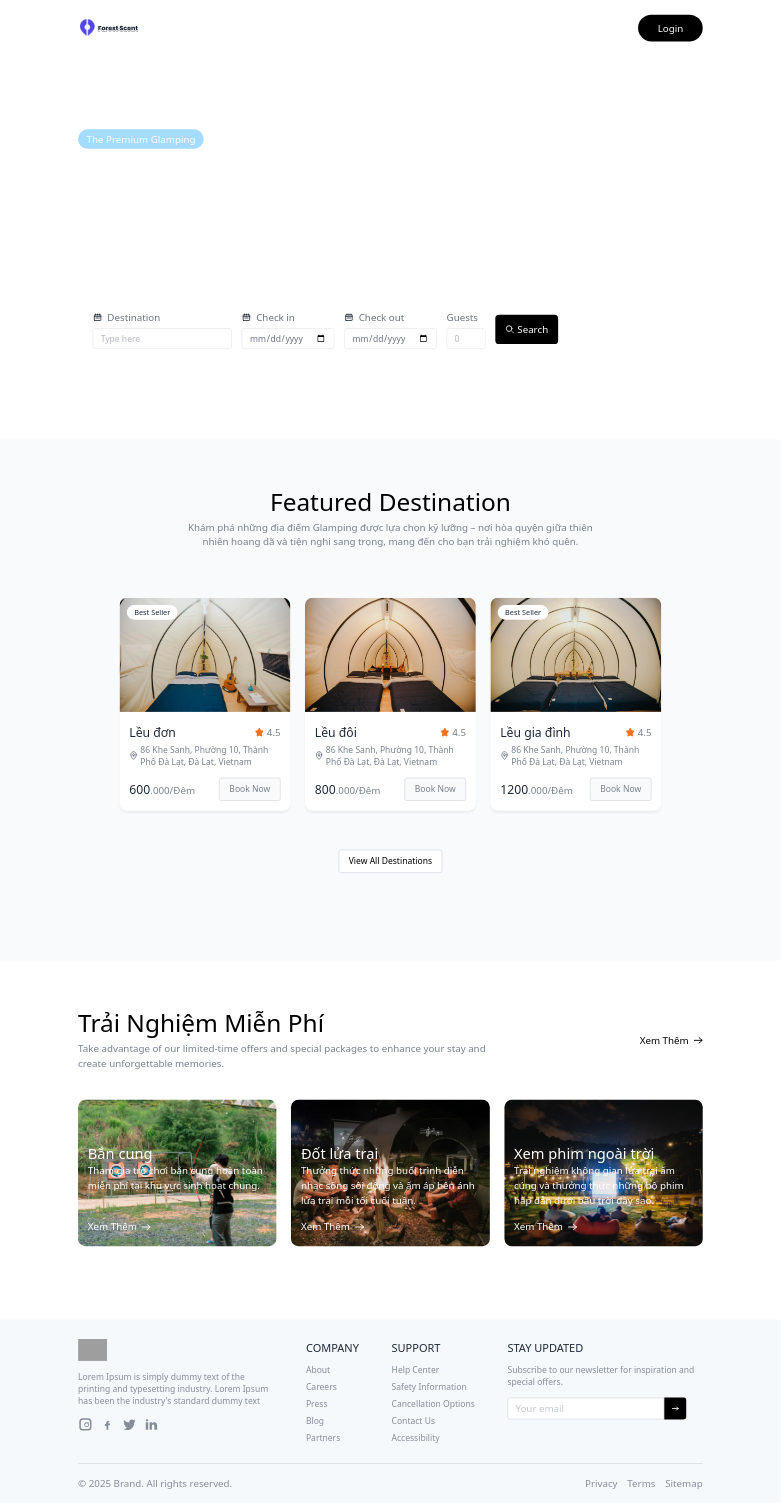
Repository: Ponn-Star/My-App
Page: / (app in FrontEnd/)
These files come from the project's save history. The page is drawn as it stood at one moment and after the next save; the edit follows.
The browser window is 1280 px wide. The pictures show the whole page, at 61% of full size.
Pictures or frames that could not be fetched are drawn as grey boxes. The page's requests for data from a server got no answer. The project was rebuilt for these pictures with package versions that can differ from the ones it lists, and the page was loaded fresh each time. Some packages were replaced by stand-ins written for this rebuild. No one was signed in, and anything a server would have sent is missing. Also part of the build but not shown: FrontEnd/vite.config.js, FrontEnd/src/assets/assets.js, FrontEnd/src/components/Admin/Navbar.jsx, FrontEnd/src/components/StarRating.jsx, FrontEnd/src/pages/AllRooms.jsx, FrontEnd/src/pages/RoomDetails.jsx, FrontEnd/src/pages/MyBookings.jsx, FrontEnd/src/components/Admin/Sidebar.jsx and 6 more.

Above is the page before, as saved 2025-06-06 00:06:38.

### FrontEnd/index.html
<!doctype html>
<html lang="en">
  <head>
    <meta charset="UTF-8" />
    <link rel="icon" type="image/svg+xml" href="/favicon.svg" />
    <meta name="viewport" content="width=device-width, initial-scale=1.0" />
    <title>Booking</title>
  </head>
  <body>
    <div id="root"></div>
    <script type="module" src="/src/main.jsx"></script>
  </body>
</html>

### FrontEnd/src/main.jsx
import { StrictMode } from 'react'
import { createRoot } from 'react-dom/client'
import './index.css'
import App from './App.jsx'
import { BrowserRouter } from 'react-router-dom'
import { ClerkProvider } from '@clerk/clerk-react'
import { AppProvider } from './conext/AppContext.jsx'

const PUBLISHABLE_KEY = import.meta.env.VITE_CLERK_PUBLISHABLE_KEY

if (!PUBLISHABLE_KEY) {
  throw new Error('Add your Clerk Publishable Key to the .env file')
}

createRoot(document.getElementById('root')).render(
  <ClerkProvider publishableKey={PUBLISHABLE_KEY} afterSignOutUrl="/">
    <BrowserRouter>
      <AppProvider>
        <App />
      </AppProvider>
    </BrowserRouter>
    </ClerkProvider>,
)

### FrontEnd/src/App.jsx
import React from 'react'
import Navbar from './components/Navbar'
import AdminNavbar from './components/Admin/Navbar'
import { Route, Routes, useLocation } from 'react-router-dom'
import Home from './pages/Home'
import AllRooms from './pages/AllRooms';
import RoomDetails from './pages/RoomDetails';
import Footer from './components/Footer';
import MyBookings from './pages/MyBookings';
import Layout from './pages/Admin/Layout';
import Dashboard from './pages/Admin/Dashboard';
import ListRoom from './pages/Admin/ListRoom';
import AddRoom from './pages/Admin/AddRoom';
import AdminRoute from './components/AdminRoute'
import { Toaster } from 'react-hot-toast';
import Loader from './components/Loader'

function App() {

  const location = useLocation();
  const isAdminRoute = location.pathname.startsWith('/admin');

  return (
    <div>
      <Toaster />
      {isAdminRoute ? <AdminNavbar /> : <Navbar />}
      <div className='min-h-[70vh]'>
        <Routes>
        <Route path='/' element={<Home />} />
        <Route path='/rooms' element={<AllRooms />} />
        <Route path='/rooms/:id' element={<RoomDetails />} />
        <Route path='/my-bookings' element={<MyBookings />} />
        <Route path='/loader/:nextUrl' element={<Loader/>} />

        <Route path='/admin' element={<Layout />}>
          <Route index element={
            <AdminRoute>
              <Dashboard />
            </AdminRoute>
          } />
          <Route path='add-room' element={
            <AdminRoute>
              <AddRoom />
            </AdminRoute>
          } />
          <Route path='list-room' element={
            <AdminRoute>
              <ListRoom />
            </AdminRoute>
          } />
        </Route>
      </Routes>
      </div>
      <Footer />
    </div>
  )
}

export default App

### FrontEnd/src/conext/AppContext.jsx
import axios from "axios";
import { createContext, useContext, useState } from "react";
import { useNavigate } from "react-router-dom";
import { useUser, useAuth} from "@clerk/clerk-react";
import { toast } from 'react-hot-toast';
import { useEffect } from "react";


axios.defaults.baseURL = import.meta.env.VITE_BACKEND_URL;

const AppContext = createContext();

export const AppProvider = ({ children }) => {

    const currency = import.meta.env.VITE_CURENCY || ".000 VND";
    const navigate = useNavigate();
    const {user} = useUser();
    const { getToken } = useAuth();

    const [isOwner, setIsOwner] = useState(false)
    const [showRoomReg, setRoomReg] = useState(false)
    const [searchedRoomType, setsearchedRoomType] = useState([])

    const fetchUser = async ()=>{
        try {
            const { data } = await axios.get('/api/user', {
                headers: { Authorization: `Bearer ${await getToken()}` }
            });

            if (data.success) {
                setIsOwner(data.role === "Admin");
                setsearchedRoomType(data.recentSearchedRoomType);
            } else {
                setTimeout(() => {
                fetchUser();
                }, 5000);
            }
            } catch (error) {
                toast.error(error.message)
            }
        }

        useEffect(()=> {
            if(user){
                fetchUser();
            }
        },[user])


  const value = {
        currency, navigate, user, getToken, isOwner, setIsOwner, axios, showRoomReg, setRoomReg, searchedRoomType, setsearchedRoomType
  }

  return (
    <AppContext.Provider value={value}>
      {children}
    </AppContext.Provider>
  )
}

export const useAppContext = ()=> useContext(AppContext);

### FrontEnd/src/pages/Home.jsx
import React from 'react'
import Hero from '../components/Hero'
import FeaturedDestination from '../components/FeaturedDestination'
import ExclusiveOffers from '../components/ExclusiveOffers'
// import Testimonial from '../components/Testimonial'

const Home = () => {
  return (
    <>
      <Hero />
      <FeaturedDestination />
      <ExclusiveOffers />
      {/* <Testimonial /> */}
    </>
  )
}

export default Home

### FrontEnd/src/components/Footer.jsx
import React from 'react'

const Footer = () => {
    return (
        <div className='bg-[#F6F9FC] text-gray-500/80 pt-8 px-6 md:px-16 lg:px-24 xl:px-32'>
            <div className='flex flex-wrap justify-between gap-12 md:gap-6'>
                <div className='max-w-80'>
                    <img src="https://raw.githubusercontent.com/prebuiltui/prebuiltui/main/assets/dummyLogo/dummyLogoColored.svg" alt="logo" className='mb-4 h-8 md:h-9' />
                    <p className='text-sm'>
                        Lorem Ipsum is simply dummy text of the printing and typesetting industry. Lorem Ipsum has been the industry's standard dummy text
                    </p>
                    <div className='flex items-center gap-3 mt-4'>
                        {/* Instagram */}
                        <svg className="w-6 h-6" fill="currentColor" viewBox="0 0 24 24">
                            <path d="M7.75 2A5.75 5.75 0 002 7.75v8.5A5.75 5.75 0 007.75 22h8.5A5.75 5.75 0 0022 16.25v-8.5A5.75 5.75 0 0016.25 2h-8.5zM4.5 7.75A3.25 3.25 0 017.75 4.5h8.5a3.25 3.25 0 013.25 3.25v8.5a3.25 3.25 0 01-3.25 3.25h-8.5a3.25 3.25 0 01-3.25-3.25v-8.5zm9.5 1a4 4 0 11-4 4 4 4 0 014-4zm0 1.5a2.5 2.5 0 102.5 2.5 2.5 2.5 0 00-2.5-2.5zm3.5-.75a.75.75 0 11.75-.75.75.75 0 01-.75.75z" />
                        </svg>
                        {/* Facebook */}
                        <svg className="w-6 h-6" fill="currentColor" viewBox="0 0 24 24">
                            <path d="M13.5 9H15V6.5h-1.5c-1.933 0-3.5 1.567-3.5 3.5v1.5H8v3h2.5V21h3v-7.5H16l.5-3h-3z" />
                        </svg>
                        {/* Twitter */}
                        <svg className="w-6 h-6" fill="currentColor" viewBox="0 0 24 24">
                            <path d="M22 5.92a8.2 8.2 0 01-2.36.65A4.1 4.1 0 0021.4 4a8.27 8.27 0 01-2.6 1A4.14 4.14 0 0016 4a4.15 4.15 0 00-4.15 4.15c0 .32.04.64.1.94a11.75 11.75 0 01-8.52-4.32 4.14 4.14 0 001.29 5.54A4.1 4.1 0 013 10v.05a4.15 4.15 0 003.33 4.07 4.12 4.12 0 01-1.87.07 4.16 4.16 0 003.88 2.89A8.33 8.33 0 012 19.56a11.72 11.72 0 006.29 1.84c7.55 0 11.68-6.25 11.68-11.67 0-.18 0-.35-.01-.53A8.18 8.18 0 0022 5.92z" />
                        </svg>
                        {/* LinkedIn */}
                        <svg className="w-6 h-6" fill="currentColor" viewBox="0 0 24 24">
                            <path d="M4.98 3.5C3.88 3.5 3 4.38 3 5.48c0 1.1.88 1.98 1.98 1.98h.02c1.1 0 1.98-.88 1.98-1.98C6.98 4.38 6.1 3.5 4.98 3.5zM3 8.75h3.96V21H3V8.75zm6.25 0h3.8v1.68h.05c.53-.98 1.82-2.02 3.75-2.02 4.01 0 4.75 2.64 4.75 6.07V21H17v-5.63c0-1.34-.03-3.07-1.88-3.07-1.88 0-2.17 1.47-2.17 2.98V21H9.25V8.75z" />
                        </svg>
                    </div>
                </div>

                <div>
                    <p className='text-lg text-gray-800'>COMPANY</p>
                    <ul className='mt-3 flex flex-col gap-2 text-sm'>
                        <li><a href="#">About</a></li>
                        <li><a href="#">Careers</a></li>
                        <li><a href="#">Press</a></li>
                        <li><a href="#">Blog</a></li>
                        <li><a href="#">Partners</a></li>
                    </ul>
                </div>

                <div>
                    <p className='text-lg text-gray-800'>SUPPORT</p>
                    <ul className='mt-3 flex flex-col gap-2 text-sm'>
                        <li><a href="#">Help Center</a></li>
                        <li><a href="#">Safety Information</a></li>
                        <li><a href="#">Cancellation Options</a></li>
                        <li><a href="#">Contact Us</a></li>
                        <li><a href="#">Accessibility</a></li>
                    </ul>
                </div>

                <div className='max-w-80'>
                    <p className='text-lg text-gray-800'>STAY UPDATED</p>
                    <p className='mt-3 text-sm'>
                        Subscribe to our newsletter for inspiration and special offers.
                    </p>
                    <div className='flex items-center mt-4'>
                        <input type="text" className='bg-white rounded-l border border-gray-300 h-9 px-3 outline-none' placeholder='Your email' />
                        <button className='flex items-center justify-center bg-black h-9 w-9 aspect-square rounded-r'>
                            {/* Arrow icon */}
                            <svg className="w-4 h-4 text-white" aria-hidden="true" xmlns="http://www.w3.org/2000/svg" width="24" height="24" fill="none" viewBox="0 0 24 24"><path stroke="currentColor" strokeLinecap="round" strokeLinejoin="round" strokeWidth="2" d="M19 12H5m14 0-4 4m4-4-4-4" /></svg>
                        </button>
                    </div>
                </div>
            </div>
            <hr className='border-gray-300 mt-8' />
            <div className='flex flex-col md:flex-row gap-2 items-center justify-between py-5'>
                <p>© {new Date().getFullYear()} Brand. All rights reserved.</p>
                <ul className='flex items-center gap-4'>
                    <li><a href="#">Privacy</a></li>
                    <li><a href="#">Terms</a></li>
                    <li><a href="#">Sitemap</a></li>
                </ul>
            </div>
        </div>
    );
};

export default Footer;

### FrontEnd/src/components/Hero.jsx
import React from 'react'
import { roomTypes } from '../assets/assets'

const Hero = () => {
  return (
    <div className='flex flex-col items-start justify-center px-6 md:px-16 lg:px-24 xl:px-32 text-white bg-[url("/src/assets/nen.jpg")] bg-no-repeat bg-cover bg-center h-screen'>
      <p className="bg-[#49B9FF]/50 px-3.5 py-1 rounded-full mt-20">The Premium Glamping</p>
      <h1 className="font-playfair text-2x1 md:text-5x1 md:text-[50px] md:leading-[56px] font-bold md:font-extrabold max-w-xl mt-4">CỰC CHILL CẮM TRẠI BBQ TRƯỚC LỀU!</h1>
      <p className="max-w-170 mt-2 text-sm md:text-base">Giữa rừng thông lặng lẽ, 𝐅𝐨𝐫𝐞𝐬𝐭 𝐒𝐜𝐞𝐧𝐭 𝐆𝐥𝐚𝐦𝐩𝐢𝐧𝐠 & 𝐂𝐚𝐦𝐩𝐢𝐧𝐠 không ồn ào, không vội vã, không deadline. Chỉ cần xách balo lên và để 𝐅𝐨𝐫𝐞𝐬𝐭 𝐒𝐜𝐞𝐧𝐭 lo. Mọi thứ đã sẵn sàng để bạn “nghỉ ngơi” đúng nghĩa</p>

      <form className='bg-white text-gray-500 rounded-lg px-6 py-4 flex flex-col md:flex-row max-md:items-start gap-4 max-md:mx-auto mt-10'>

            <div>
                <div className='flex items-center gap-2'>
                    <svg className="w-4 h-4 text-gray-800" aria-hidden="true" xmlns="http://www.w3.org/2000/svg" width="24" height="24" fill="none" viewBox="0 0 24 24" >
                        <path stroke="currentColor" strokeLinecap="round" strokeLinejoin="round" strokeWidth="2" d="M4 10h16M8 14h8m-4-7V4M7 7V4m10 3V4M5 20h14a1 1 0 0 0 1-1V7a1 1 0 0 0-1-1H5a1 1 0 0 0-1 1v12a1 1 0 0 0 1 1Z" />
                    </svg>
                    <label htmlFor="destinationInput">Destination</label>
                </div>
                <input list='destinations' id="destinationInput" type="text" className=" rounded border border-gray-200 px-3 py-1.5 mt-1.5 text-sm outline-none" placeholder="Type here" required />
                <datalist id='destinations'>
                  {roomTypes.map((city, index) => (
                    <option value={index} key={city}/>
                  ))}
                  /</datalist>
            </div>

            <div>
                <div className='flex items-center gap-2'>
                    <svg className="w-4 h-4 text-gray-800" aria-hidden="true" xmlns="http://www.w3.org/2000/svg" width="24" height="24" fill="none" viewBox="0 0 24 24" >
                        <path stroke="currentColor" strokeLinecap="round" strokeLinejoin="round" strokeWidth="2" d="M4 10h16M8 14h8m-4-7V4M7 7V4m10 3V4M5 20h14a1 1 0 0 0 1-1V7a1 1 0 0 0-1-1H5a1 1 0 0 0-1 1v12a1 1 0 0 0 1 1Z" />
                    </svg>
                    <label htmlFor="checkIn">Check in</label>
                </div>
                <input id="checkIn" type="date" className=" rounded border border-gray-200 px-3 py-1.5 mt-1.5 text-sm outline-none" />
            </div>

            <div>
                <div className='flex items-center gap-2'>
                    <svg className="w-4 h-4 text-gray-800" aria-hidden="true" xmlns="http://www.w3.org/2000/svg" width="24" height="24" fill="none" viewBox="0 0 24 24" >
                        <path stroke="currentColor" strokeLinecap="round" strokeLinejoin="round" strokeWidth="2" d="M4 10h16M8 14h8m-4-7V4M7 7V4m10 3V4M5 20h14a1 1 0 0 0 1-1V7a1 1 0 0 0-1-1H5a1 1 0 0 0-1 1v12a1 1 0 0 0 1 1Z" />
                    </svg>
                    <label htmlFor="checkOut">Check out</label>
                </div>
                <input id="checkOut" type="date" className=" rounded border border-gray-200 px-3 py-1.5 mt-1.5 text-sm outline-none" />
            </div>

            <div className='flex md:flex-col max-md:gap-2 max-md:items-center'>
                <label htmlFor="guests">Guests</label>
                <input min={1} max={4} id="guests" type="number" className=" rounded border border-gray-200 px-3 py-1.5 mt-1.5 text-sm outline-none  max-w-16" placeholder="0" />
            </div>

            <button className='flex items-center justify-center gap-1 rounded-md bg-black py-3 px-4 text-white my-auto cursor-pointer max-md:w-full max-md:py-1' >
                <svg className="w-4 h-4 text-white" aria-hidden="true" xmlns="http://www.w3.org/2000/svg" width="24" height="24" fill="none" viewBox="0 0 24 24" >
                    <path stroke="currentColor" strokeLinecap="round" strokeWidth="2" d="m21 21-3.5-3.5M17 10a7 7 0 1 1-14 0 7 7 0 0 1 14 0Z" />
                </svg>
                <span>Search</span>
            </button>
        </form>
    </div>
  )
}

export default Hero

### FrontEnd/src/components/FeaturedDestination.jsx
import React from 'react'
import HotelCard from './HotelCard'
import { Rooms } from '../assets/assets'
import Title from './Title'
import { useNavigate } from 'react-router-dom'

const FeaturedDestination = () => {

  const navigate = useNavigate()

  return (
    <div className='flex flex-col items-center px-6 md:px-16 lg:px-24 bg-slate-50 py-20'>

        <Title title='Featured Destination' subTitle='Khám phá những địa điểm Glamping được lựa chọn kỹ lưỡng – nơi hòa quyện giữa thiên nhiên hoang dã và tiện nghi sang trọng, mang đến cho bạn trải nghiệm khó quên.' />

        <div className='flex flex-wrap items-center justify-between gap-6 mt-20'>
        {Rooms.slice(0, 4).map((room, index) => (
            <HotelCard key={room._id} room={room} index={index} />
        ))}
        </div>

        <button onClick={() => { navigate('/rooms'); scrollTo(0, 0); }}
        className="my-16 px-4 py-2 text-sm font-medium border border-gray-300 rounded bg-white hover:bg-gray-50 transition-all cursor-pointer">
          View All Destinations
        </button>
    </div>
  )
}

export default FeaturedDestination

### FrontEnd/src/components/ExclusiveOffers.jsx
import React from 'react'
import Title from './Title'
import { assets, services } from '../assets/assets'

const ExclusiveOffers = () => {
  return (
    <div className='flex flex-col items-center px-6 md:px-16 lg:px-24 xl:px-32 pt-20 pb-30'>
      <div className='flex flex-col md:flex-row items-center justify-between w-full'>
        <Title align='left' title='Trải Nghiệm Miễn Phí' subTitle='Take advantage of our limited-time offers and special packages to enhance your stay and create unforgettable memories.'/>
        <button className='group flex items-center gap-2 font-medium cursor-pointer max-md:mt-12'>
            Xem Thêm
            <img src={assets.arrowIcon} alt="arrow-icon"
            className='group-hover:translate-x-1 transition-all'/>
        </button>
      </div>

      <div className='grid grid-cols-1 md:grid-cols-2 lg:grid-cols-3 gap-6 mt-12'>
        {services.map((item) => (
            <div key={item._id} className='group relative flex flex-col items-start justify-between gap-1 pt-12 md:pt-18 px-4 rounded-xl text-white bg-no-repeat bg-cover bg-center'
            style={{ backgroundImage: `url(${item.image})` }}>
                <div>
                    <p className='text-2xl font-medium font-playfair'>{item.title}</p>
                    <p>{item.description}</p>
                </div>
                <button className='flex items-center gap-2 font-medium cursor-pointer mt-4 mb-5'>
                    Xem Thêm
                    <img className='invert group-hover:translate-x-1 transition-all'
                    src={assets.arrowIcon} alt=""
                    />
                </button>
            </div>
        ))}
      </div>
    </div>
  )
}

export default ExclusiveOffers

### FrontEnd/src/components/Title.jsx
import React from 'react'

const Title = ({title, subTitle, align, font}) => {
    return (
        <div className={`flex flex-col justify-center items-center text-center ${align === "left" && "md:items-start md:text-left"}`}>
          <h1 className={`text-4xl md:text-[40px] ${font || "font-playfair"}`}>{title}</h1>
          <p className="text-sm md:text-base text-gray-500/90 mt-2 max-w-174">{subTitle}</p>
        </div>
  )
}

export default Title

### FrontEnd/src/components/HotelCard.jsx
import React from 'react'
import { Link } from 'react-router-dom'
import { assets } from '../assets/assets'

const HOTEL_NAME = "Forest Scent Glamping"
const HOTEL_ADDRESS = "86 Khe Sanh, Phường 10, Thành Phố Đà Lạt, Đà Lạt, Vietnam"

const HotelCard = ({ room, index }) => {
  return (
    <Link
      to={'/room/' + room._id}
      onClick={() => window.scrollTo(0, 0)}
      className='relative max-w-70 w-full rounded-xl overflow-hidden bg-white text-gray-500/90 shadow-[0px_4px_4px_rgba(0,0,0,0.05)]'
    >
      <img src={room.images[0]} alt={room.roomType} className="w-full object-cover" />

      {index % 2 === 0 && (
        <p className='px-3 py-1 absolute top-3 left-3 text-xs bg-white text-gray-800 font-medium rounded-full'>
          Best Seller
        </p>
      )}

      <div className='p-4 pt-5'>
        <div className='flex items-center justify-between'>
          <p className='font-playfair text-xl font-medium text-gray-800'>{room.roomType}</p>
          <div className='flex items-center gap-1'>
            <img src={assets.starIconFilled} alt="star-icon" className="w-4 h-4" /> 4.5
          </div>
        </div>

        <div className='flex items-center gap-1 text-sm mt-1'>
          <img src={assets.locationIcon} alt="location-icon" className="w-4 h-4" />
          <span>{HOTEL_ADDRESS}</span>
        </div>

        <div className='flex items-center justify-between mt-4'>
          <p>
            <span className='text-xl text-gray-800'>{room.pricePerNight}</span>.000/Đêm
          </p>
          <button className='px-4 py-2 text-sm font-medium border border-gray-300 rounded bg-gray-50 transition-all cursor-pointer'>
            Book Now
          </button>
        </div>
      </div>
    </Link>
  )
}

export default HotelCard

Loaded but not shown: FrontEnd/src/index.css (common file); FrontEnd/src/components/Navbar.jsx (125 lines, source omitted)

After the next save:
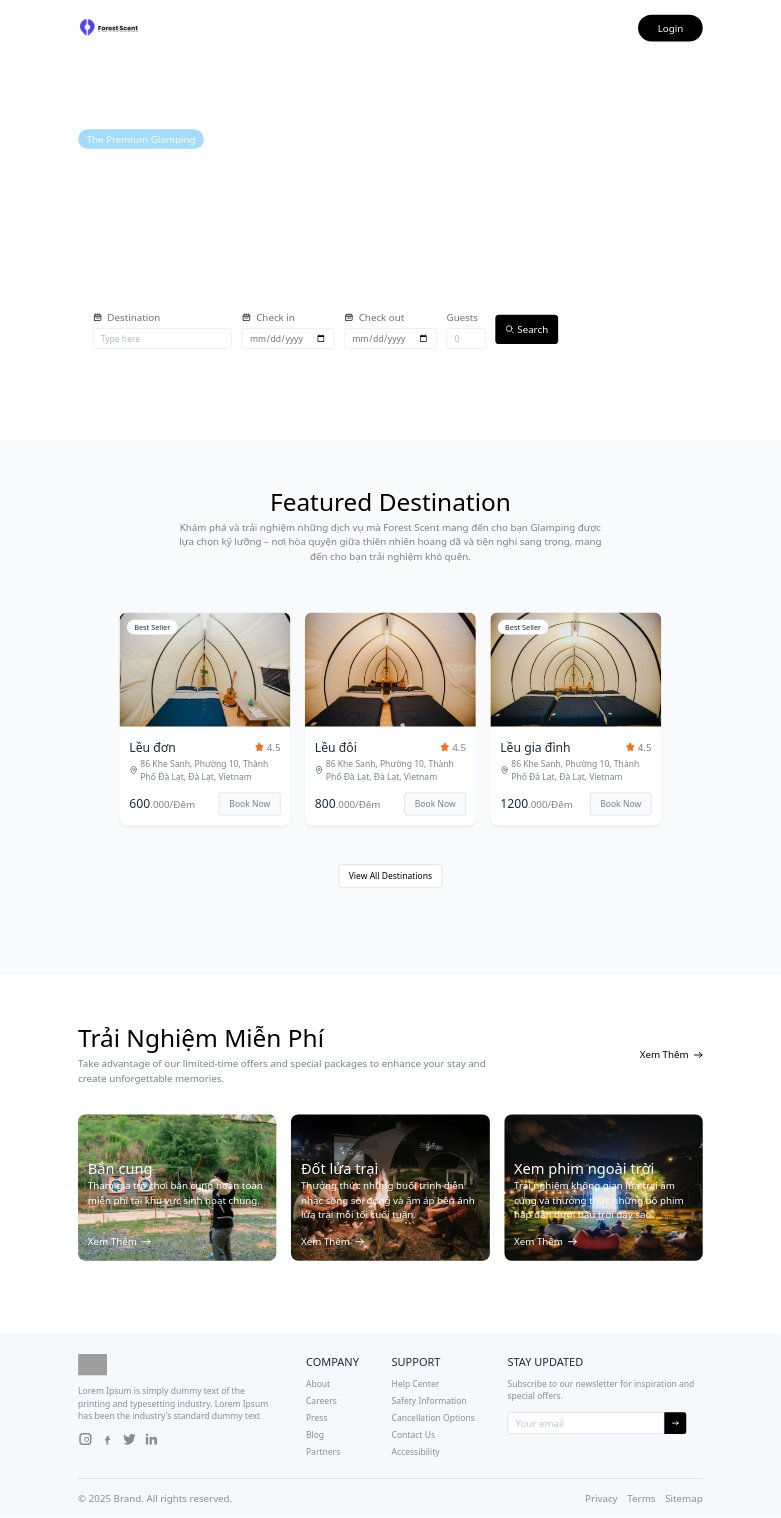
Saved 44 s later.
--- a/FrontEnd/src/components/FeaturedDestination.jsx
+++ b/FrontEnd/src/components/FeaturedDestination.jsx
@@ -11,7 +11,7 @@ const FeaturedDestination = () => {
   return (
     <div className='flex flex-col items-center px-6 md:px-16 lg:px-24 bg-slate-50 py-20'>
 
-        <Title title='Featured Destination' subTitle='Khám phá những địa điểm Glamping được lựa chọn kỹ lưỡng – nơi hòa quyện giữa thiên nhiên hoang dã và tiện nghi sang trọng, mang đến cho bạn trải nghiệm khó quên.' />
+        <Title title='Featured Destination' subTitle='Khám phá và trải nghiệm những dịch vụ mà Forest Scent mang đến cho bạn Glamping được lựa chọn kỹ lưỡng – nơi hòa quyện giữa thiên nhiên hoang dã và tiện nghi sang trọng, mang đến cho bạn trải nghiệm khó quên.' />
 
         <div className='flex flex-wrap items-center justify-between gap-6 mt-20'>
         {Rooms.slice(0, 4).map((room, index) => (
